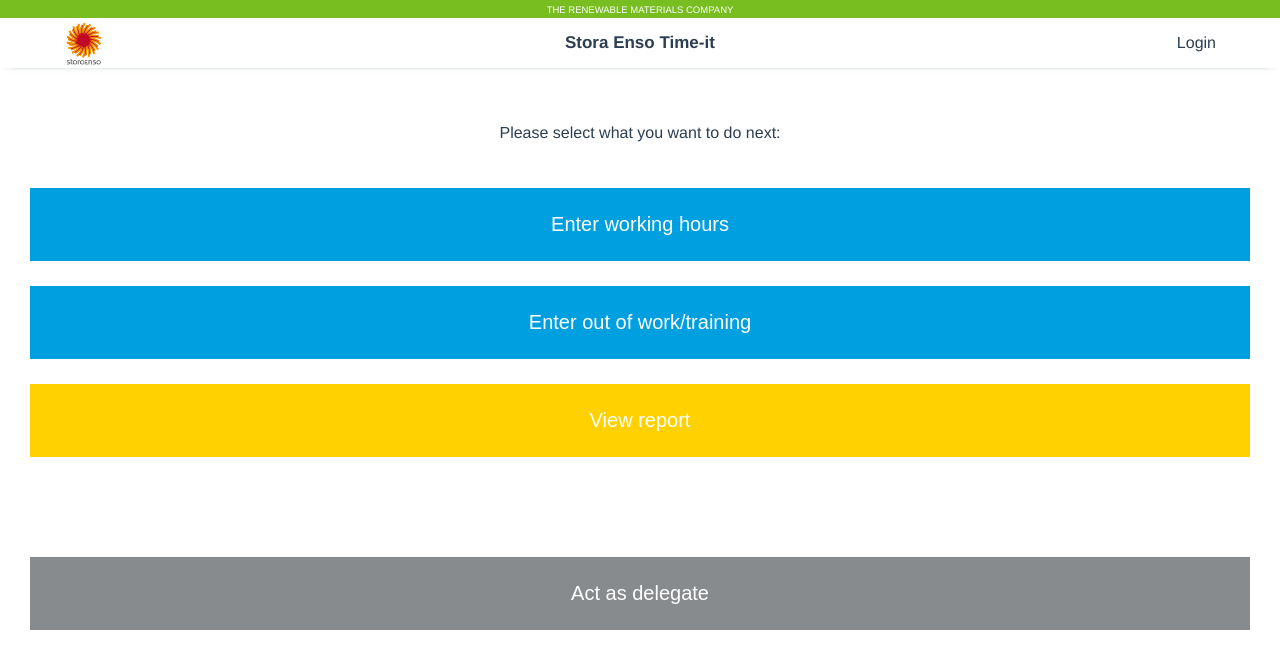
Repository: marianreha/vue-timeit
Page: /
These files come from the project's save history. The page is drawn as it stood at one moment and after the next save; the edit follows.
The browser window is 1280 px wide. The pictures show the whole page.
Some web fonts or font styles are not loaded; a fallback is used. The project was rebuilt for these pictures with package versions that can differ from the ones it lists, and the page was loaded fresh each time. Also part of the build but not shown: vue.config.js.

Above is the page before, as saved 2020-03-29 21:32:06.

### src/App.vue
<template>
  <div id="app">
    <Navbar />
    <Home />
  </div>
</template>

<script>
import Navbar from './components/Navbar'
import Home from './components/Home'

export default {
  name: 'App',
  components: {
    Navbar,
    Home,
  }
}
</script>

<style>
@import url(//db.onlinewebfonts.com/c/2afedaab5a5177410b408023384af22d?family=HelveticaNeueLTW01-55Roman);

#app {
  font-family: Helvetica, Arial, sans-serif;
  -webkit-font-smoothing: antialiased;
  -moz-osx-font-smoothing: grayscale;
  text-align: center;
  color: #2c3e50;
  padding: 0px;
}

body {
  margin: 0;
}

* {
    cursor: default;
}

</style>

### src/components/Navbar.vue
<template>
  <div>
      <header class="green">
          The renewable materials company
      </header>
      <header class="navbar">
          <img class="logo" src="../assets/logo.jpg" alt="logo">
          <nav>
              Stora Enso Time-it
          </nav>
          <span>Login</span>
      </header>
  </div>
</template>

<script>
export default {
    name: 'Navbar',
}
</script>

<style>
.green {
    padding: 4px 0 3px 0;
    background-color: #78BE20;
    color: #FFFFFF;
    font-size: 9.5px;
    text-transform: uppercase;
}

.navbar {
    display: flex;
    height: 2rem;
    justify-content: space-between;
    align-items: center;
    padding: 25px 5%;
    box-shadow: 0 3px 8px -8px;
    box-sizing: border-box;
}

.navbar nav {
    font-weight: bold;
    font-size: 17px;
}

.logo {
    height: 45px;
}
</style>>

### src/components/Home.vue
<template>
    <div>
        <p>Please select what you want to do next:</p>
        <div class="container">
            <button class="btn">Enter working hours</button>
            <button class="btn">Enter out of work/training</button>
            <button class="btn btn-yellow">View report</button>
            <button class="btn btn-delegate">Act as delegate</button>
        </div>
    </div>
</template>

<script>
export default {
    name: "Home"
}
</script>

<style>
p {
    padding: 40px 0 30px 0;
}

.container {
    padding: 0 30px;
    display: flex;
    flex-direction: column;
}

.btn {
    padding: 25px;
    margin-bottom: 25px;
    background-color: #009FDF;
    border: none;
    outline: none;
    color: #ffffff;
    font-size: 20px;
}

.btn:hover {
    background-color: #006cbe;
}

.btn-yellow {
    background-color: #FFD100;
}

.btn-delegate {
    background-color: #888B8D;
    margin-top: 75px;
}

</style>

Loaded but not shown: public/index.html (common file); src/main.js (common file)

After the next save:
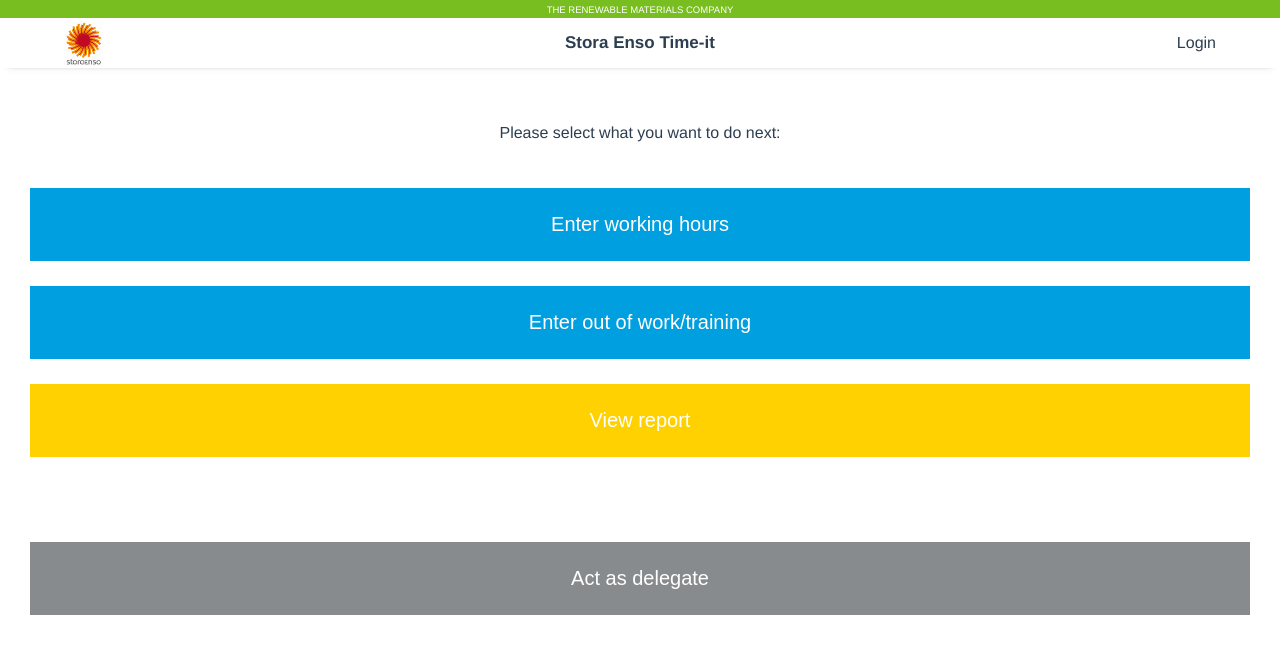
Saved 12 s later.
--- a/src/components/Home.vue
+++ b/src/components/Home.vue
@@ -47,7 +47,7 @@
 
 .btn-delegate {
     background-color: #888B8D;
-    margin-top: 75px;
+    margin-top: 60px;
 }
 
 </style>
